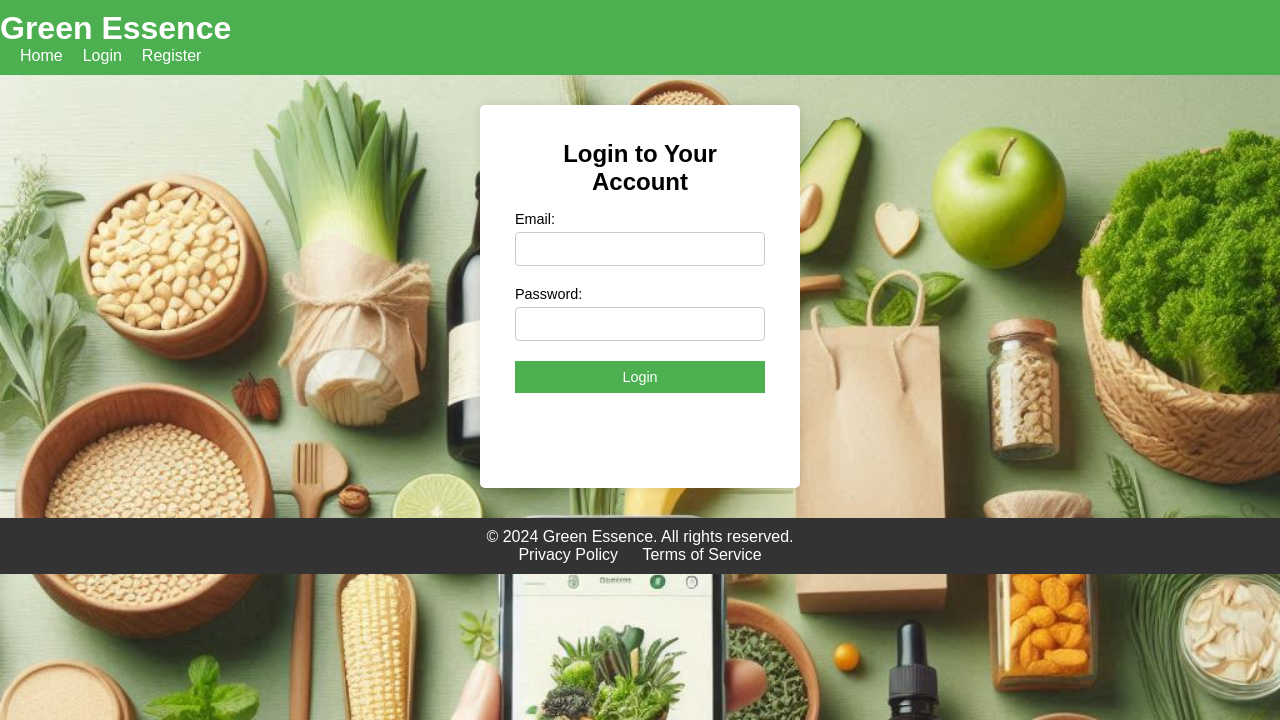
Repository: niki3210/Sahyadri
Page: Projectorganic/login.html
The author's editor kept a copy of each file at every save. The page is drawn from the files as they stood at one save, then again after the next save.
The browser window is 1280 px wide. The pictures show the whole page.

Above is the page before, as saved 2024-06-21 14:41:46.
Not found: Projectorganic/script.js

After the next save:
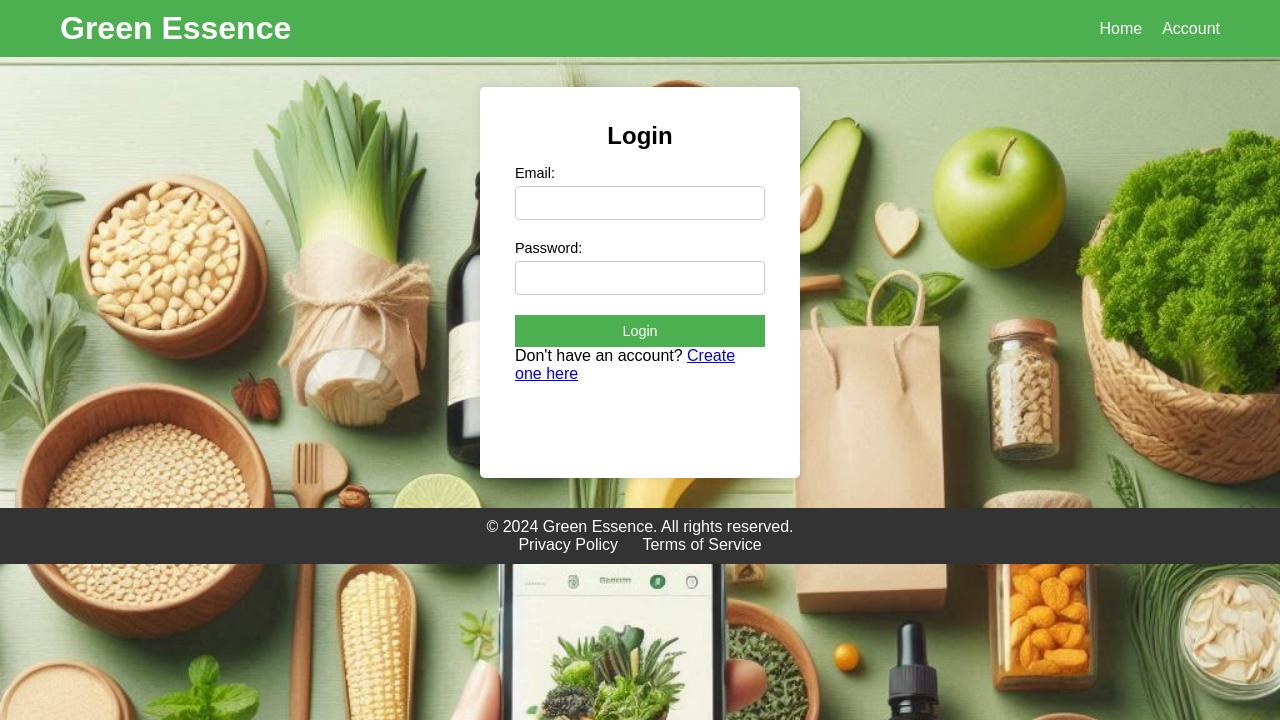
Saved 110 s later.
--- a/Projectorganic/login.html
+++ b/Projectorganic/login.html
@@ -5,39 +5,38 @@
     <meta name="viewport" content="width=device-width, initial-scale=1.0">
     <title>Login - Green Essence</title>
     <link rel="stylesheet" href="styles.css">
-    <link rel="stylesheet" href="register.html">
-    <link rel="stylesheet" href="index.html">
 </head>
-<body>
+<body class="login">
     <header>
-        <h1>Green Essence</h1>
-        <nav>
-            <ul>
-                <li><a href="index.html">Home</a></li>
-                <li><a href="login.html">Login</a></li>
-                <li><a href="register.html">Register</a></li>
-
-            </ul>
-        </nav>
+        <div class="container">
+            <h1>Green Essence</h1>
+            <nav>
+                <ul>
+                    <li><a href="index.html">Home</a></li>
+                    <li><a href="login.html">Account</a></li>
+                </ul>
+            </nav>
+        </div>
     </header>
-
     <div class="container">
         <div class="login-container">
-            <form class="login-form" action="/login" method="POST">
-                <h2>Login to Your Account</h2>
-                <label for="email">Email:</label>
-                <input type="email" id="email" name="email" required>
-                <div class="error" id="email-error"></div>
+            <div class="login-form">
+                <h2>Login</h2>
+                <form action="/login" method="POST">
+                    <label for="email">Email:</label>
+                    <input type="email" id="email" name="email" required>
+                    <div class="error" id="email-error"></div>
 
-                <label for="password">Password:</label>
-                <input type="password" id="password" name="password" required>
-                <div class="error" id="password-error"></div>
+                    <label for="password">Password:</label>
+                    <input type="password" id="password" name="password" required>
+                    <div class="error" id="password-error"></div>
 
-                <button type="submit">Login</button>
-            </form>
+                    <button type="submit">Login</button>
+                </form>
+                <p>Don't have an account? <a href="register.html">Create one here</a></p>
+            </div>
         </div>
     </div>
-
     <footer>
         <p>&copy; 2024 Green Essence. All rights reserved.</p>
         <div>
@@ -45,7 +44,5 @@
             <a href="#">Terms of Service</a>
         </div>
     </footer>
-
-    <script src="script.js"></script>
 </body>
 </html>
